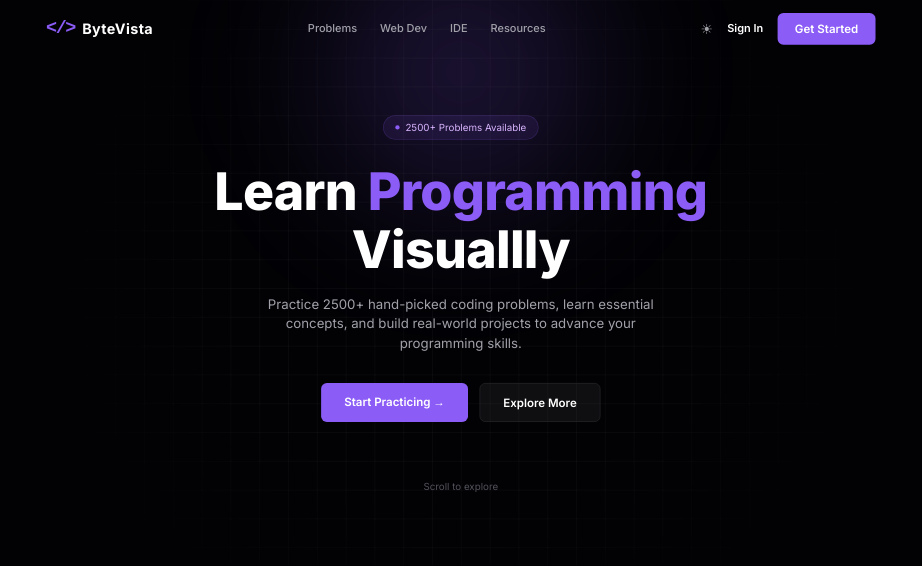
Repository: biswaranjansatapathy2005-lang/ByteVista
Page: frontend/language/language.html
An editor plug-in stored every save of this project. The page is shown before and after the next save, followed by the edit.
The browser window is 1280 px wide. The pictures show the whole page, at 72% of full size.
Some web fonts or font styles are not loaded; a fallback is used.

Above is the page before, as saved 2025-12-13 02:49:38.
Console error: TypeError: Cannot read properties of null (reading 'appendChild')

After the next save:
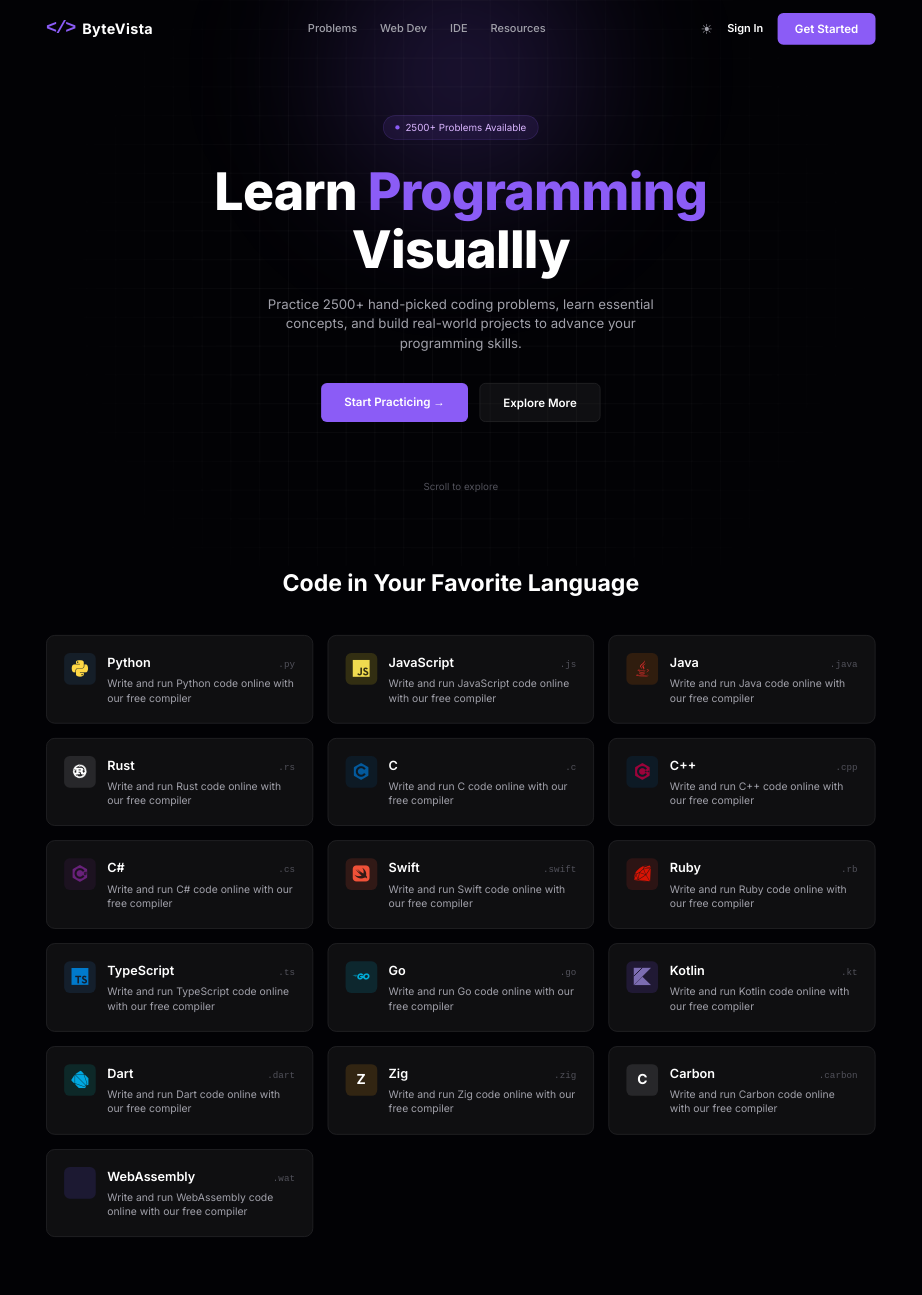
The error is gone.
Saved 27 s later.
--- a/frontend/language/language.html
+++ b/frontend/language/language.html
@@ -62,7 +62,12 @@
             </div>
         </section>
 
-
+        <section class="languages-section container">
+            <h2 class="section-title">Code in Your Favorite Language</h2>
+            <div id="language-grid" class="language-grid">
+                </div>
+        </section>
+    </main>
 
     <script src="language.js"></script>
 </body>
